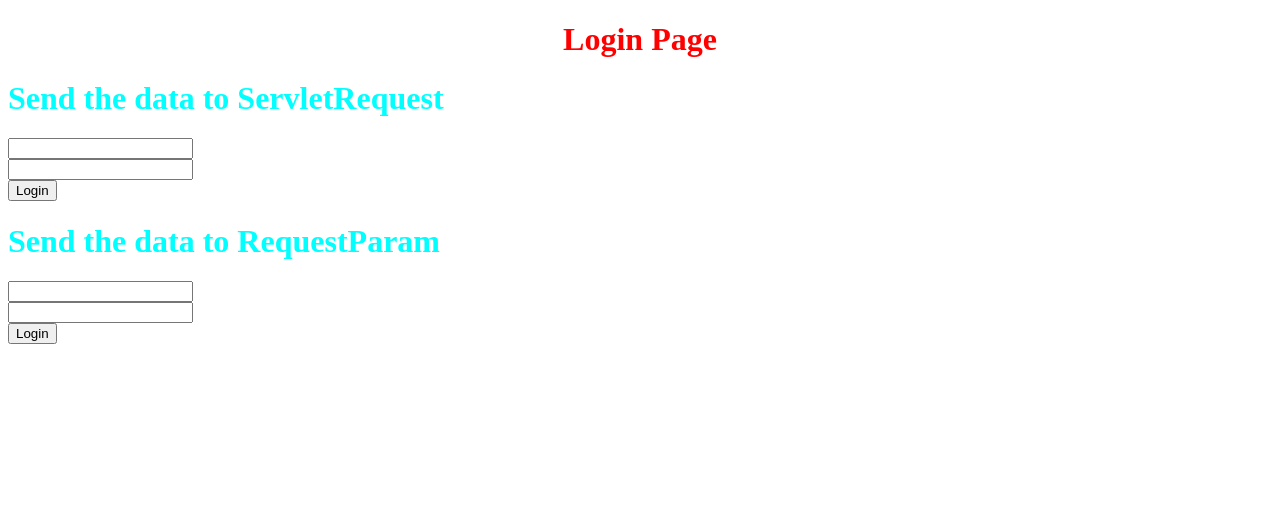
Repository: Somanath-Singh/Spring-Framework-By-Qspide
Page: http://localhost/SpringMVC-Proj01/login.jsp
These files come from the project's save history. The page is drawn as it stood at one moment and after the next save; the edit follows.
The browser window is 1280 px wide. The pictures show the whole page.
The page is served by Tomcat 10. Other server files are loaded and not shown.

Above is the page before, as saved 2025-02-17 04:57:13.

### SpringMVC-Proj01/src/main/webapp/login.jsp
<%@ page language="java" contentType="text/html; charset=UTF-8"
	pageEncoding="UTF-8"%>
<!DOCTYPE html>
<html>
<head>
<meta charset="UTF-8">
<title>Insert title here</title>
</head>
<body>

	<h1 style="color:red;text-align:center;">Login Page</h1>

	<h1 style="color:cyan;text-align:left;">Send the data to ServletRequest</h1>
	<form action="./login" method="POST">
		<input type="email" name="email"><br> <input type="password"
			name="password"><br>
		<button>Login</button>
	</form>

	<h1 style="color:cyan;text-align:left;">Send the data to RequestParam</h1>
	<form action="./login2" method="POST">
		<input type="email" name="email"><br> <input type="password"
			name="password"><br>
		<button>Login</button>
	</form>

</body>
</html>

After the next save:
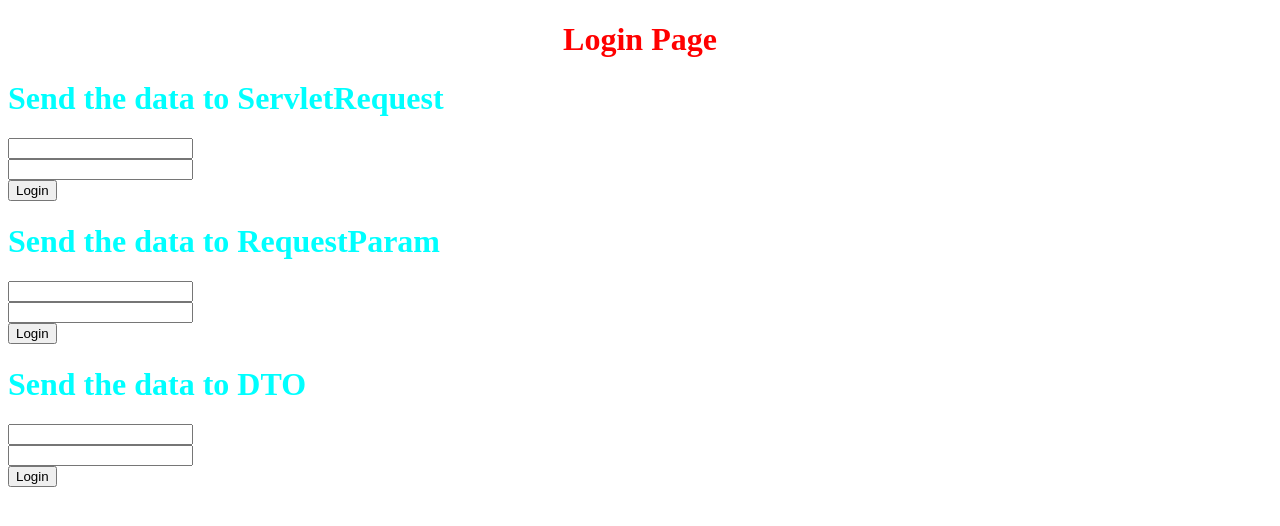
Saved 45 s later.
--- a/SpringMVC-Proj01/src/main/webapp/login.jsp
+++ b/SpringMVC-Proj01/src/main/webapp/login.jsp
@@ -24,5 +24,13 @@
 		<button>Login</button>
 	</form>
 
+
+	<h1 style="color:cyan;text-align:left;">Send the data to DTO</h1>
+	<form action="./login3" method="POST">
+		<input type="email" name="email"><br> <input type="password"
+			name="password"><br>
+		<button>Login</button>
+	</form>
+
 </body>
 </html>
